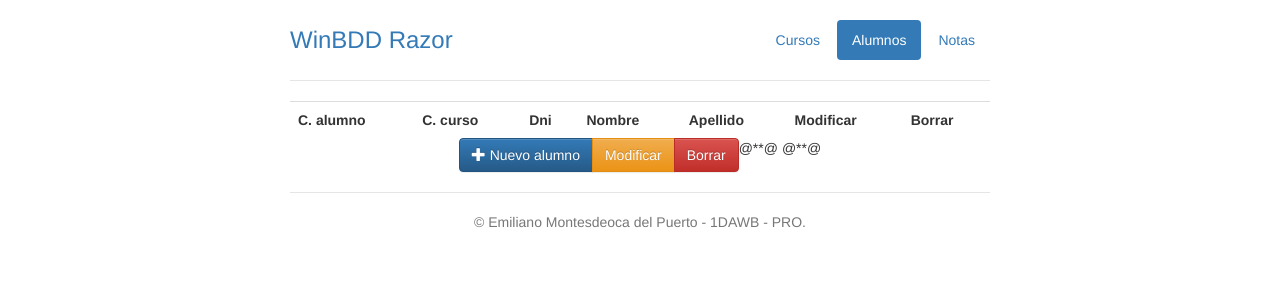
Repository: emontesdeoc/1DAWB
Page: http://localhost/Eclipse/views/alumnos.php
An editor plug-in stored every save of this project. The page is shown before and after the next save, followed by the edit.
The browser window is 1280 px wide. The pictures show the whole page.
The page is run by PHP 8.4 with error messages shown; the project is at /var/www/html/. Queries for data that is not in the repository find no rows.

Above is the page before, as saved 2017-05-22 11:00:11.

After the next save:
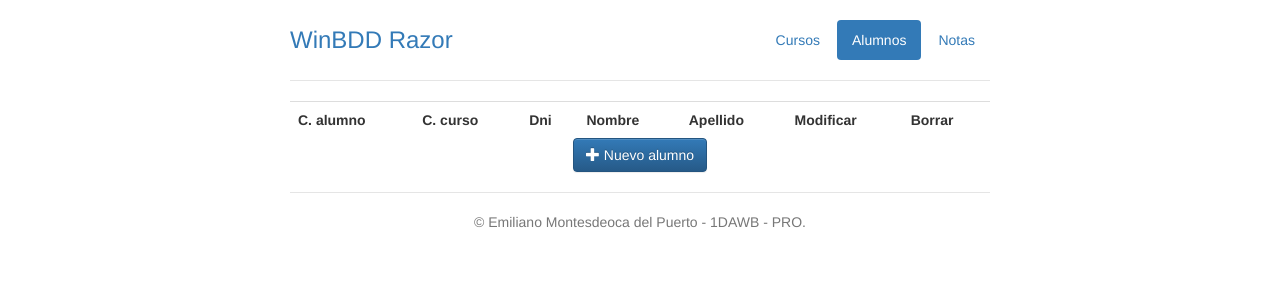
Saved 8 s later.
--- a/PRO/Tercer trimestre/Practica/Eclipse/PracticaPHP/views/alumnos.php
+++ b/PRO/Tercer trimestre/Practica/Eclipse/PracticaPHP/views/alumnos.php
@@ -64,8 +64,6 @@ session_start();
             <div class="text-center">
                 <div class="btn-group" style="text-align:center;">
                     <button type="button" class="btn btn-primary" data-toggle="modal" data-target=".bs-nuevo-modal-sm"><span class="glyphicon glyphicon-plus" aria-hidden="true"></span> Nuevo alumno</button>
-                    @*<button type="submit" class="btn btn-warning" data-toggle="modal" data-target=".bs-modificar-modal-sm">Modificar</button>*@
-                    @*<button type="submit" class="btn btn-danger" data-toggle="modal" data-target=".bs-borrar-modal-sm">Borrar</button>*@
                 </div>
             </div>
 
